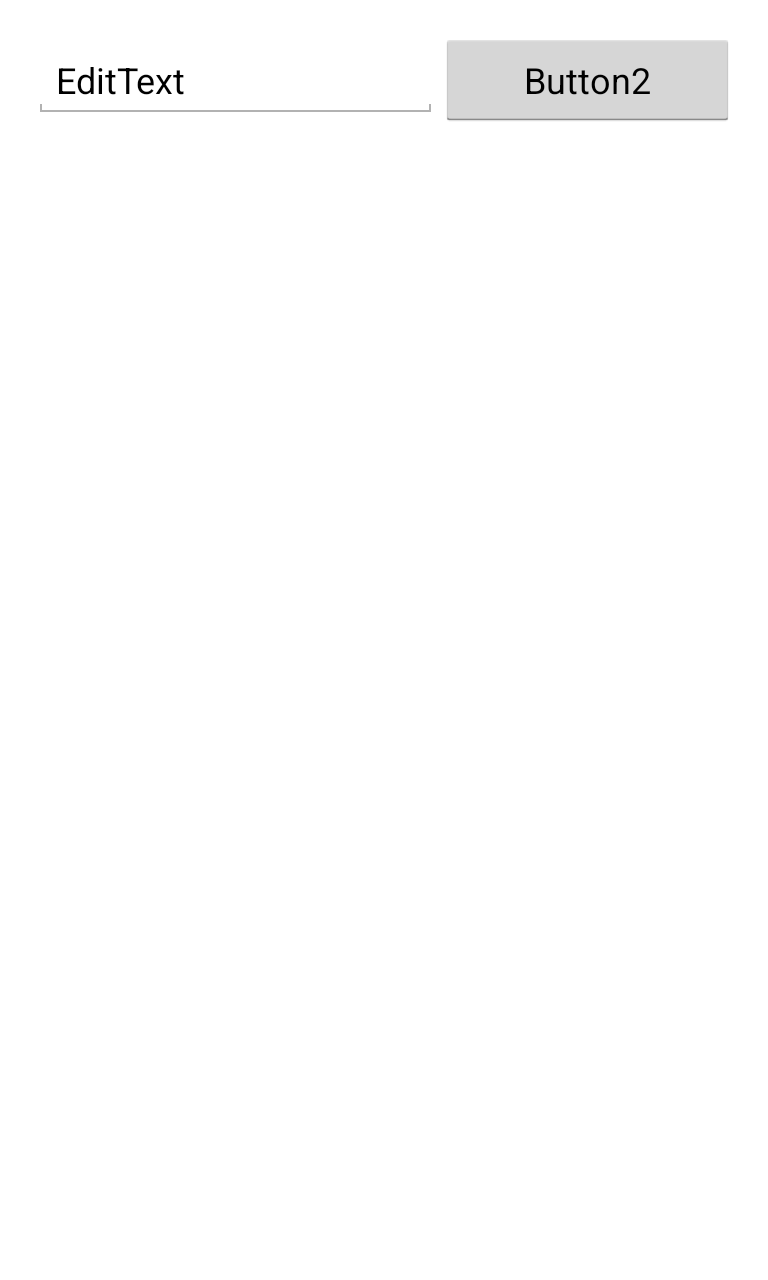
Repository: jinpp/Android
Layout: UILayoutTest/res/layout/activity_main.xml
An editor plug-in stored every save of this project. The layout is shown before and after the next save, followed by the edit.
It is drawn on a 768 x 1280 px phone screen (xhdpi) without system bars, with theme AppTheme; the app's code is not run.

Above is the layout before, as saved 2016-11-16 06:43:00.

After the next save:
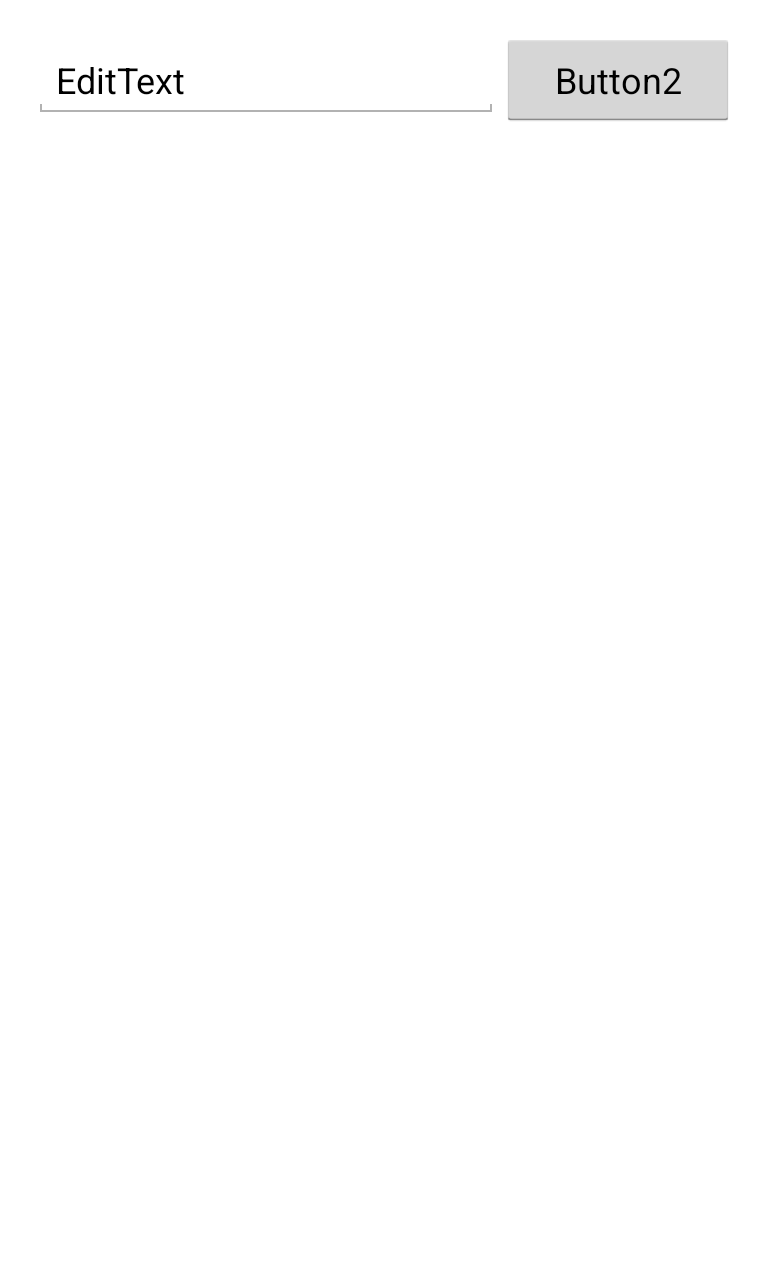
Saved 2 s later.
--- a/UILayoutTest/res/layout/activity_main.xml
+++ b/UILayoutTest/res/layout/activity_main.xml
@@ -21,7 +21,7 @@
         android:id="@+id/button1"
         android:layout_width="wrap_content"
         android:layout_height="wrap_content"
-          android:layout_weight="3"
+          android:layout_weight="1"
         android:text="Button2" />
     <!--
     <Button
